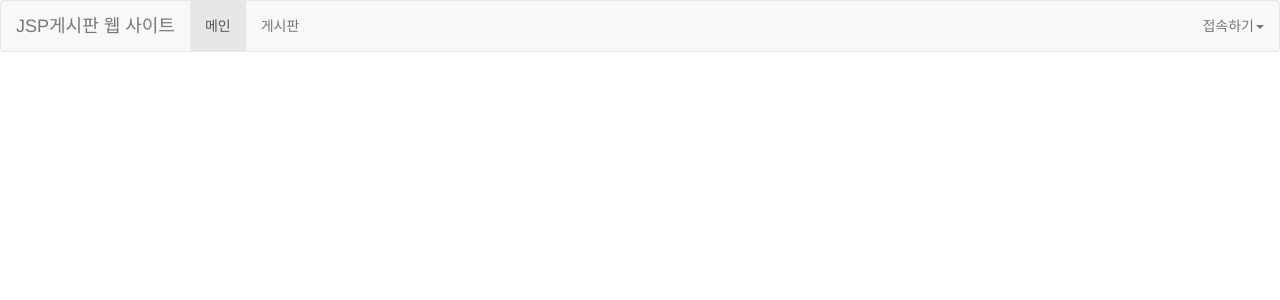
Repository: endol007/TripPuzzle
Page: http://localhost/BBS/write.jsp
These files come from the project's save history. The page is drawn as it stood at one moment and after the next save; the edit follows.
The browser window is 1280 px wide. The pictures show the whole page.
Some web libraries are served in a nearby version. The page is served by Tomcat 9.

Above is the page before, as saved 2019-08-20 17:08:17.

After the next save:
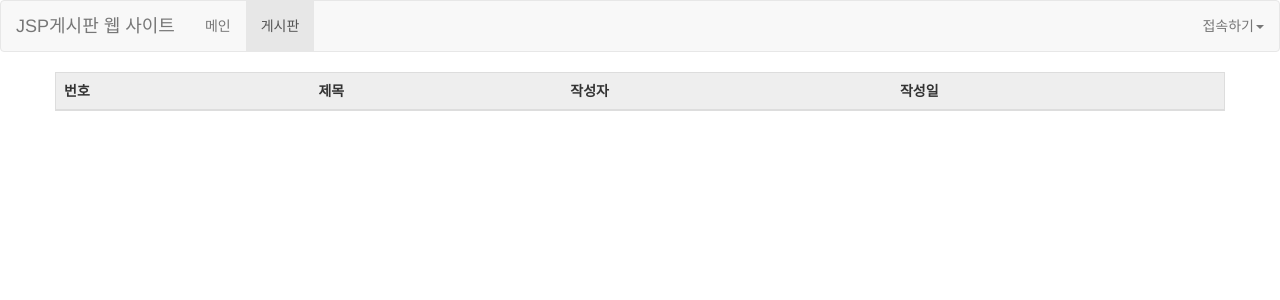
Saved 7 min 8 s later.
--- a/Yun/JSP 커뮤니티/Project/BBS/WebContent/write.jsp
+++ b/Yun/JSP 커뮤니티/Project/BBS/WebContent/write.jsp
@@ -30,8 +30,8 @@
 </div>
 <div class="collapse navbar-collapse" id="bs-example-navbar-collapse-1">
 <ul class="nav navbar-nav">
-<li class="active"><a href="main.jsp">메인</a></li>
-<li><a href="bbs.jsp">게시판</a></li>
+<li><a href="main.jsp">메인</a></li>
+<li class="active"><a href="bbs.jsp">게시판</a></li>
 </ul>
 <%
 	if(userID==null){
@@ -64,6 +64,19 @@
 
 </div>
 </nav>
+<div class="container">
+<div class="row">
+<table class="table table-striped" style="text-align:center; border: 1px solid #dddddd">
+<thead>
+<tr>
+<th style="background-color:#eeeeee; textalign: center;">번호</th>
+<th style="background-color:#eeeeee; textalign: center;">제목</th>
+<th style="background-color:#eeeeee; textalign: center;">작성자</th>
+<th style="background-color:#eeeeee; textalign: center;">작성일</th>
+</tr>
+</thead>
+</div>
+</div>
 <script src="http://code.jquery.com/jquery-3.1.1.min.js"></script>
 <script src=js/bootstrap.js></script>
 
